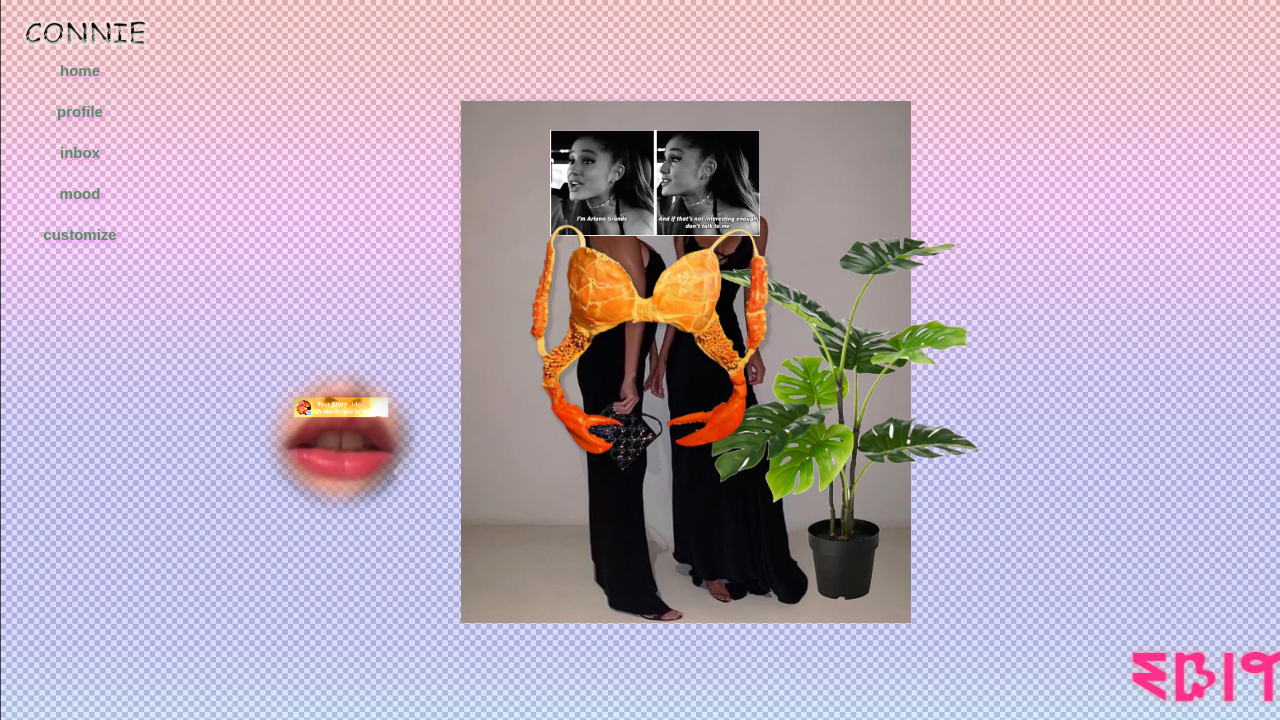
Repository: xuc009/xuc009.github.io
Page: track12/index.html
The author's editor kept a copy of each file at every save. The page is drawn from the files as they stood at one save, then again after the next save.
The browser window is 1280 px wide. The pictures show the whole page.
Some web fonts or font styles are not loaded; a fallback is used. Some web libraries are served in a nearby version.

Above is the page before, as saved 2018-12-08 16:57:12.

After the next save:
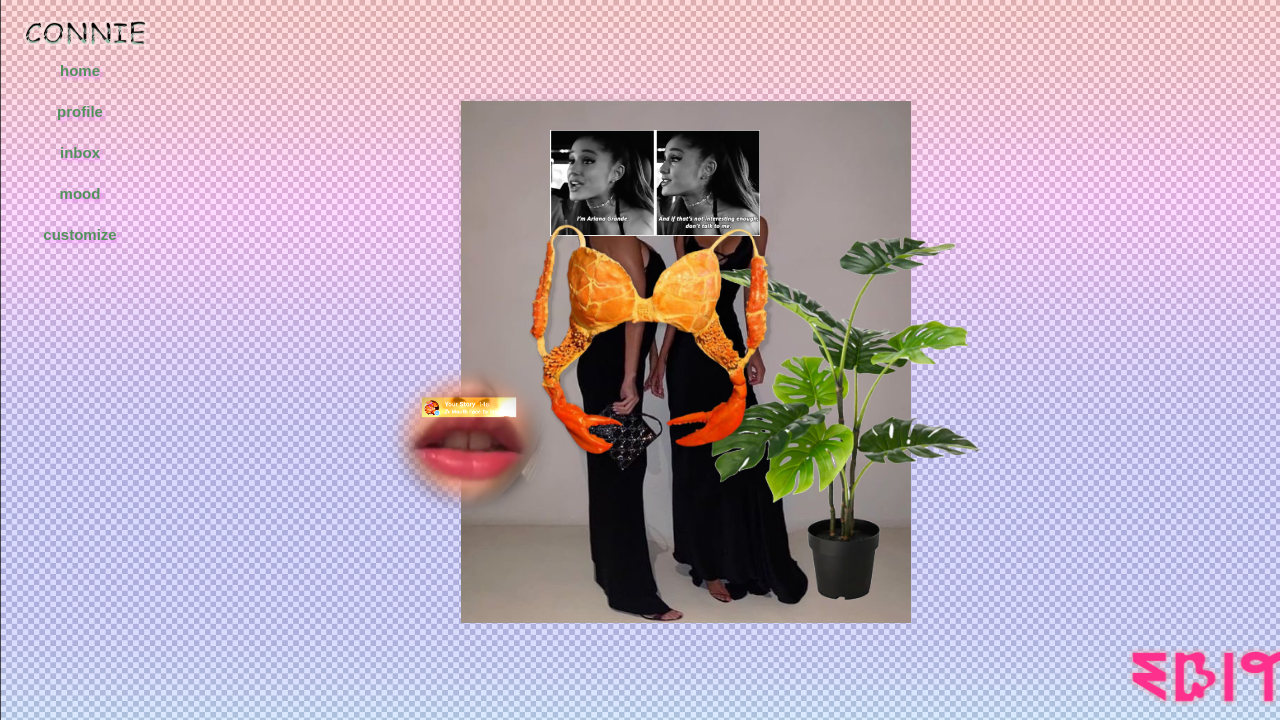
Saved 6 s later.
--- a/track12/assets/css/styles.css
+++ b/track12/assets/css/styles.css
@@ -73,7 +73,7 @@
     border: none;
     position: absolute;
     top: 50%;
-    left: 20%;
+    left: 30%;
     cursor: move;
 }
 
